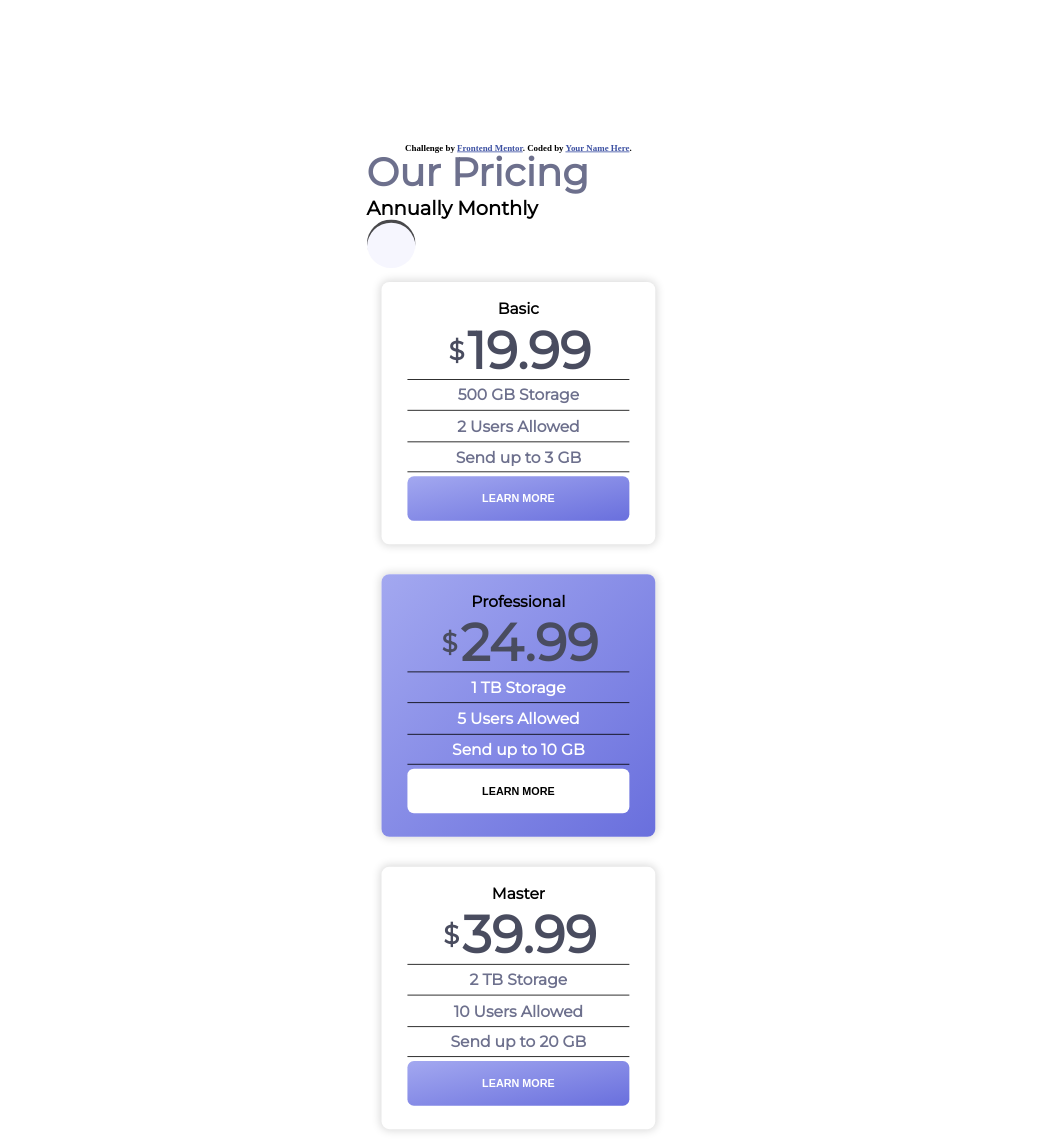
Repository: JuzzJoel/pricing-component-with-toggle-master
Page: index.html
The author's editor kept a copy of each file at every save. The page is drawn from the files as they stood at one save, then again after a run of saves.
The browser window is 1280 px wide. The pictures show the whole page, at 81% of full size.

Above is the page before, as saved 2025-05-24 11:32:26.

### index.html
<!DOCTYPE html>
<html lang="en">
<head>
  <meta charset="UTF-8">
  <meta name="viewport" content="width=device-width, initial-scale=1.0"> <!-- displays site properly based on user's device -->

  <link rel="icon" type="image/png" sizes="32x32" href="./images/favicon-32x32.png">
  <link rel="preconnect" href="https://fonts.googleapis.com">
  <link rel="preconnect" href="https://fonts.gstatic.com" crossorigin>
  <link
    href="https://fonts.googleapis.com/css2?family=Montserrat:ital,wght@700"
    rel="stylesheet">
  <title>Frontend Mentor | [pricing-component-with-toggle-master]</title>
  <style>
    :root{

      --linear-gradient: linear-gradient(to bottom right, hsl(236, 72%, 79%), hsl(237, 63%, 64%));

--clr-pri: hsl(240, 78%, 98%);
--clr-pri-acc: hsl(234, 14%, 74%);
--clr-sec: hsl(233, 13%, 49%);
--clr-sec-acc: hsl(232, 13%, 33%);
    }
*,
*::before,
*::after {
    box-sizing: border-box;
}

* {
    margin: 0;
    padding: 0;
    box-sizing: border-box;
}
.visually-hidden:not(:focus):not(:active) {
  clip: rect(0 0 0 0);
  clip-path: inset(50%);
  height: 1px;
  overflow: hidden;
  position: absolute;
  white-space: nowrap;
  width: 1px;
}
    .attribution { font-size: 11px; text-align: center;height: 1vh; }
    .attribution a { color: hsl(228, 45%, 44%); }
body{
  font-size: 0.95rem;
  font-weight: 700;
width: 100vw;
height: 150vh;
display: flex;
align-items: center;
justify-content: center;
flex-direction: column;
}


.container{
  width: 375px;
  height: 100vh;
  font-family: "Montserrat", sans-serif;

}
  .pricing-header{
font-size: 1.5rem;
  }
  .pricing-header h1{
    color: var(--clr-sec);

  }
    .toggle-box{

    }

     .toggle-container{
      width: 50px;
      height: 50px;
      position: relative;
      background: var(--clr-pri);
      padding: 30px;
      border-radius: 3rem;

      box-shadow: inset 0 4px 0 0 rgba(0, 0, 0, 0.7);
     }
     .toggle-slider{
      position: absolute;
      border-radius: 50%;
      left: 10px;
      top: 5px;
     }
     input[type="radio"]{
      display: none;
     }

       .pricing{

       }


   .content-body{
    display: flex;
    flex-direction: column;
    align-items: center;
    width: 100%;
    height: 150vh;
   }
   .content{
    display: flex;
    flex-direction: column;
    align-items: center;
    justify-content: space-evenly;
    width: 90%;
    gap: 20px;
    height: 100%;
   }
   .card-container{
    display: flex;
    flex-direction: column;
    align-items: center;
    justify-content: center;
    width: 100%;
    border-radius: .6rem;

    box-shadow: 0 0 .625rem .125rem rgba(0, 0, 0, 0.15);
    height: 30%;
   }
   .card-container:nth-child(2){
  background: var(--linear-gradient);
   }    .card{
          display: flex;
          flex-direction: column;
          align-items: center;
          justify-content: space-between;
          width: 90%;
          height: 85%;
          font-family: "Montserrat", sans-serif;
        }
        .card>*{
          width: inherit;
          display: flex;
          align-items: center;
          justify-content: center;
        }
          .rows-head{
            height: 35%;
            display: flex;
            flex-direction: column;
            align-items: center;
            justify-content: center;
          }
          .rows-head p{
           font-size: 1.2rem;
          }
          .rows-head h1{
            font-size: 4rem;
            color: var(--clr-sec-acc);
            display: flex;
            align-items: center;
           } .rows-head h1 span{
            font-size: 2rem;
            color: var(--clr-sec-acc);
            margin-right: 2%;
           }
          .rows{
            height: 15%;
            border: 1px   solid black;
            border-left: none;
            border-right: none;
            color: var(--clr-sec);
            font-size: 1.2rem;
          }
          .rows:nth-child(3){
            border: none;
          }
          .rows-button{
            height: 25%;
            display: flex;
            align-items: center;
            justify-content: center;
          }
  button{
    width: 100%;
    display: flex;
    align-items: center;
    justify-content: center;
    border-radius: .5rem;
    border: none;
    padding: 1.25rem 2.5rem;
    text-transform: uppercase;
    color: white;
background: var(--linear-gradient);
    font-weight: 700;
  }
  .card-container:nth-child(2) .rows{
    color: white;
  }
  .card-container:nth-child(2) button{
    color: var(--linear-gradient);
background: white;
  }

          @media(min-width:1440px){
            .content{
              flex-direction: row;
              justify-content: space-between;
             }
          }
  </style>
</head>
<body>
  <div class="attribution">
    Challenge by <a href="https://www.frontendmentor.io?ref=challenge" target="_blank">Frontend Mentor</a>.
    Coded by <a href="#">Your Name Here</a>.
  </div>


  <div class="container">
    <div class="pricing-header">
      <h1>Our Pricing</h1>
      <div class="toggle-box">
        Annually
        Monthly
        <div class="toggle-container">

          <input type="radio" class="pricing" id="price-annnual">
          <label for="price-annual"></label>

          <input type="radio" class="pricing" id="price-month">
          <label for="price-month"></label>

          <div class="toggle-slider"></div>
        </div>
      </div>
      <div class="content-body">
        <div class="content">
          <div class="card-container">
<div class="card">
            <div class="rows-head">
              <p>Basic</p>
         <h1>  <span>&dollar;</span>
          19.99
           <i class="visually-hidden">&dollar;199.99</i>
           </h1>
          </div>
            <div class="rows">500 GB Storage</div>
            <div class="rows">2 Users Allowed</div>
            <div class="rows">Send up to 3 GB</div>
            <div class="rows-button"><button>Learn More</button></div>
          </div>
          </div>

          <div class="card-container">
            <div class="card">
            <div class="rows-head">
              <p>Professional</p>
              <h1> <span>&dollar;</span>24.99
                <i class="visually-hidden">&dollar;249.99</i>
           </h1>
          </div>
            <div class="rows">1 TB Storage</div>
            <div class="rows">5 Users Allowed</div>
            <div class="rows">Send up to 10 GB</div>
            <div class="rows-button"><button>Learn More</button></div>
          </div>
          </div>
          <div class="card-container">
            <div class="card">
            <div class="rows-head">
              <p>Master</p>
              <h1> <span>&dollar;</span>39.99
                <i class="visually-hidden">&dollar;399.99</i>
          </h1>
          </div>
            <div class="rows">2 TB Storage</div>
            <div class="rows">10 Users Allowed</div>
            <div class="rows">Send up to 20 GB</div>
            <div class="rows-button"><button>Learn More</button></div>
          </div>
          </div>
        </div>
      </div>
    </div>
  </div>


</body>
</html>

After the next 3 saves:
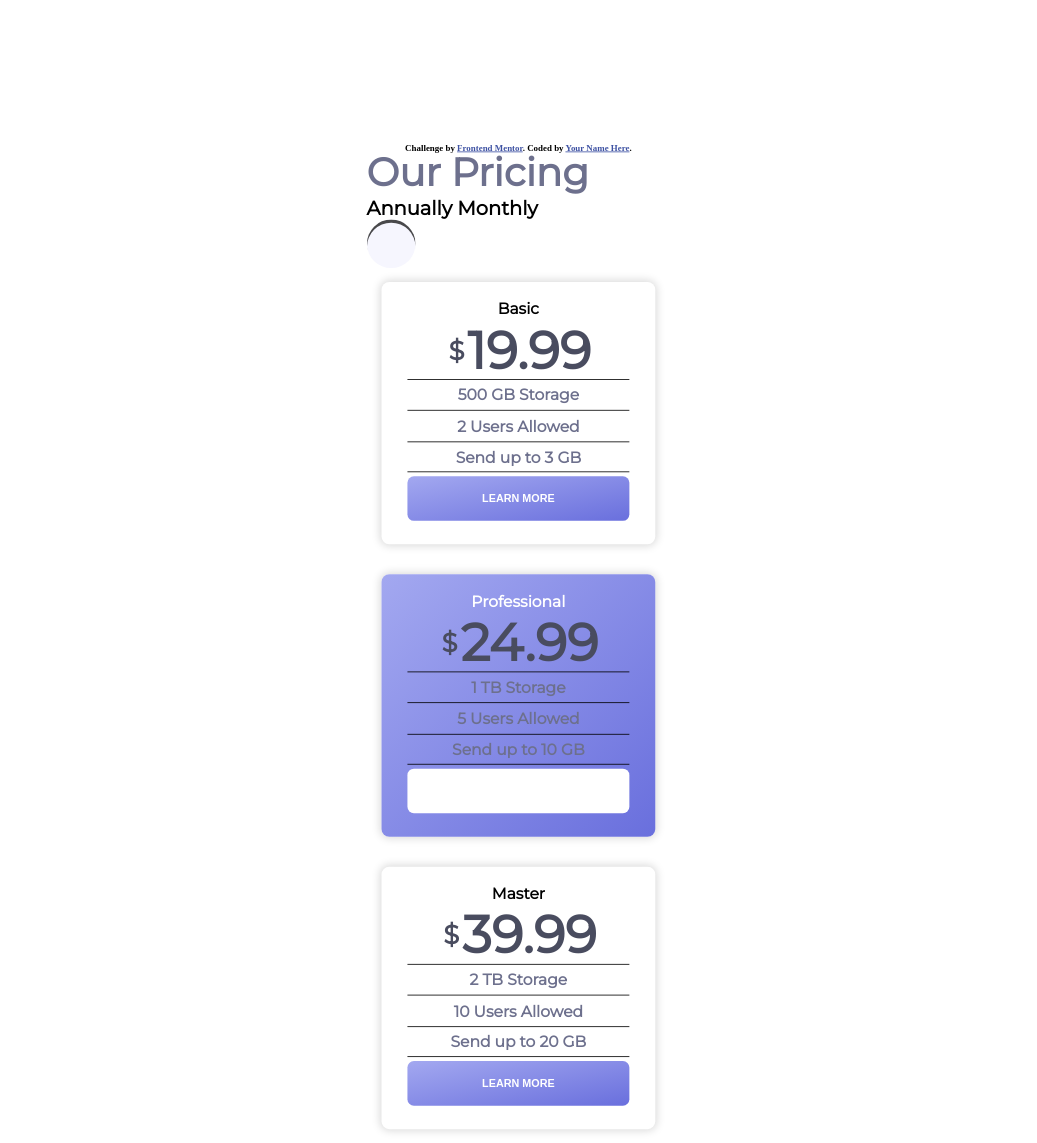
The 3 saves are shown as one change because they came seconds apart.
The last was saved 17 s later.
--- a/index.html
+++ b/index.html
@@ -191,7 +191,7 @@ font-size: 1.5rem;
 background: var(--linear-gradient);
     font-weight: 700;
   }
-  .card-container:nth-child(2) .rows{
+  .card-container:nth-child(2)>*{
     color: white;
   }
   .card-container:nth-child(2) button{
